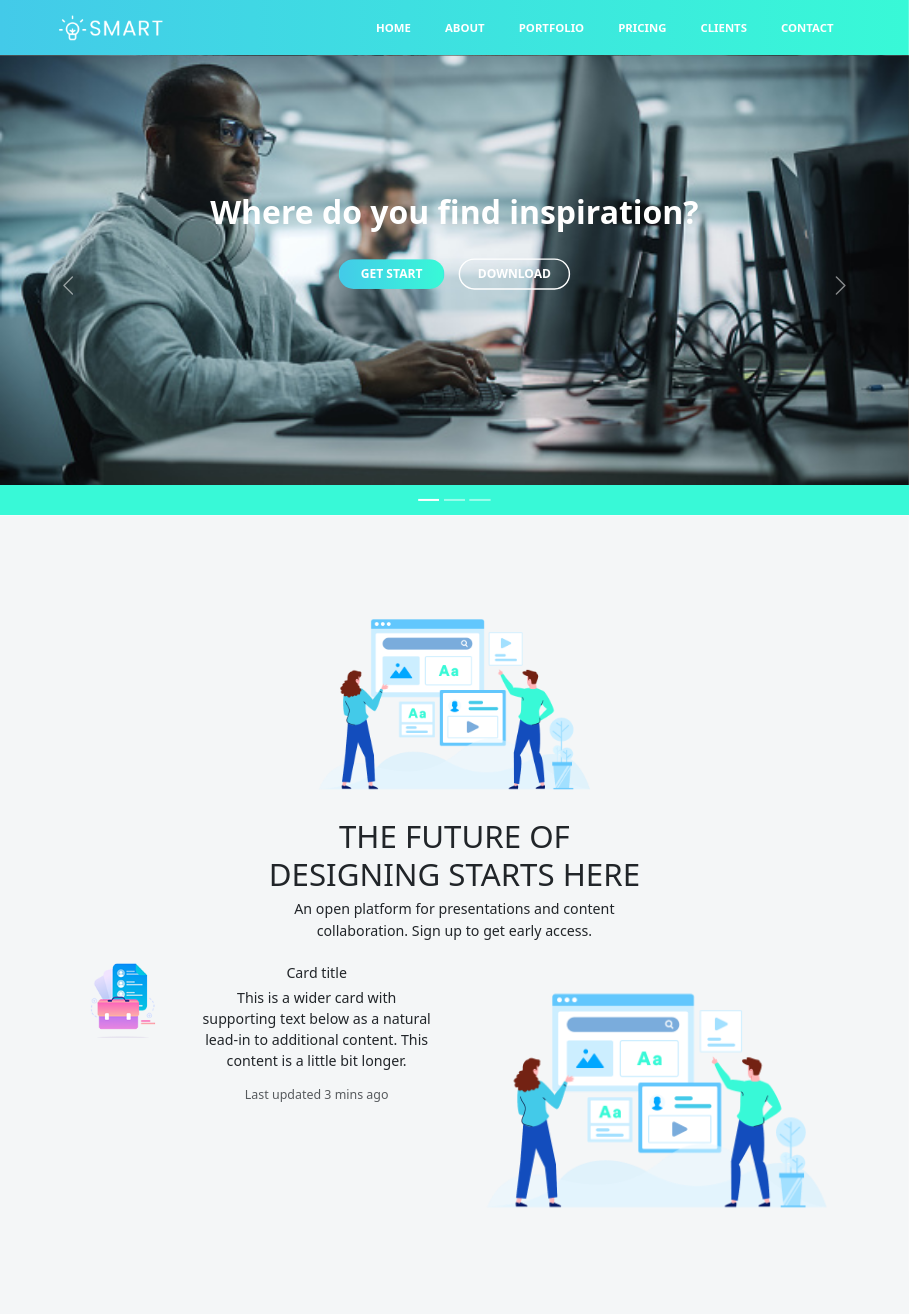
Repository: rizwan-zafar/smart-React
Page: /
The author's editor kept a copy of each file at every save. The page is drawn from the files as they stood at one save, then again after a run of saves.
The browser window is 1280 px wide. The pictures show the whole page, at 71% of full size.
The project was rebuilt for these pictures with package versions that can differ from the ones it lists, and the page was loaded fresh each time.

Above is the page before, as saved 2022-11-17 11:15:00.

### public/index.html
<!DOCTYPE html>
<html lang="en">
  <head>
    <meta charset="utf-8" />
    <link rel="icon" href="%PUBLIC_URL%/favicon.ico" />
    <meta name="viewport" content="width=device-width, initial-scale=1" />
    <meta name="theme-color" content="#000000" />
    <meta
      name="description"
      content="Web site created using create-react-app"
    />
    <link rel="apple-touch-icon" href="%PUBLIC_URL%/logo192.png" />
    <!--
      manifest.json provides metadata used when your web app is installed on a
      user's mobile device or desktop. See https://developers.google.com/web/fundamentals/web-app-manifest/
    -->
    <link rel="manifest" href="%PUBLIC_URL%/manifest.json" />
    <!--
      Notice the use of %PUBLIC_URL% in the tags above.
      It will be replaced with the URL of the `public` folder during the build.
      Only files inside the `public` folder can be referenced from the HTML.

      Unlike "/favicon.ico" or "favicon.ico", "%PUBLIC_URL%/favicon.ico" will
      work correctly both with client-side routing and a non-root public URL.
      Learn how to configure a non-root public URL by running `npm run build`.
    -->
    <title>React App</title>
  </head>
  <body>
    <noscript>You need to enable JavaScript to run this app.</noscript>
    <div id="root"></div>

   </body>
</html>

### src/index.js
import React from 'react';
import './index.css';
import "../node_modules/bootstrap/dist/css/bootstrap.min.css"
import "../node_modules/bootstrap/dist/js/bootstrap.min.js"
import "./Components/FontawsomeIcons"
import ReactDOM from 'react-dom/client';
import App from './App';
const root = ReactDOM.createRoot(document.getElementById('root'));
root.render(
  <React.StrictMode>
    <App />
  </React.StrictMode>
);

// If you want to start measuring performance in your app, pass a function
// to log results (for example: reportWebVitals(console.log))
// or send to an analytics endpoint. Learn more: https://bit.ly/CRA-vitals

### src/Components/FontawsomeIcons/index.js
import {library} from "@fortawesome/fontawesome-svg-core"
import {faUser,faBars,faPlus} from "@fortawesome/free-solid-svg-icons"
library.add(faUser,faBars,faPlus)

### src/App.js
 import HomePage from "./Pages/Home"
function App() {
  return (
    <div className="App">
        <HomePage />
    </div>
  );
}

export default App;

### src/Pages/Home.js
import React from 'react'
import Navbar from "../Components/Navbar"
import Slider from "../Components/Slider"
import Service from "../Components/Service";
export default function Home() {
    return (
        <div>
            <Navbar />
            <Slider />
            <Service />
        </div>
    )
}

### src/Components/Navbar.js
import React from 'react'
import "../Css/Navbar.css"

import { FontAwesomeIcon } from "@fortawesome/react-fontawesome"
export default function Navbar() {
    const [hamburgerIcon, setHamburgerIcon] = React.useState('bars')
    const [rotateIcon, setRotateIcon] = React.useState('')
    const handleHumBurger = (hamburgerIcon) => {
        if (hamburgerIcon === 'bars') {
            setRotateIcon('icon-rotate')
            setHamburgerIcon('plus')
        } else {
            setRotateIcon('anti-icon-rotate')
            setHamburgerIcon("bars")
        }
    }
     return (
        <div className="NavContainer">
            <nav className="navbar navbar-expand-lg navbar-dark">
                <div className="container">
                    <a className="navbar-brand" href="/">
                        <img className="img-fluid" src="Images/logo.png" alt="not found" />
                    </a>
                    <div className="navbar-toggler" type="button" data-bs-toggle="collapse"   onClick={() => { handleHumBurger(hamburgerIcon) }} data-bs-target="#navbarNav" aria-controls="navbarNav" aria-expanded="false" aria-label="Toggle navigation">
                        <FontAwesomeIcon  className={rotateIcon} icon={hamburgerIcon}  />
                    </div>
                    <div className="collapse navbar-collapse navSetting" id="navbarNav">
                        <ul className="navbar-nav ms-auto">
                            <li className="nav-item">
                                <a className="nav-link active" aria-current="page" href="/">Home</a>
                            </li>
                            <li className="nav-item">
                                <a className="nav-link" href="/">ABOUT</a>
                            </li>
                            <li className="nav-item">
                                <a className="nav-link" href="/">PORTFOLIO</a>
                            </li>

                            <li className="nav-item">
                                <a className="nav-link" href="/">PRICING</a>
                            </li>

                            <li className="nav-item">
                                <a className="nav-link" href="/">CLIENTS</a>
                            </li>

                            <li className="nav-item">
                                <a className="nav-link" href="/">CONTACT</a>
                            </li>

                        </ul>
                    </div>
                </div>
            </nav>
        </div>
    )
}

### src/Components/Slider.js
import React from 'react'
import "../Css/Slider.css"

export default function Slider() {
    return (
        <div className="sliderContainer">
            <div id="carouselExampleCaptions" className="carousel slide" data-bs-ride="false">

                <div className="carousel-indicators">
                    <button type="button" data-bs-target="#carouselExampleCaptions" data-bs-slide-to="0" className="active" aria-current="true" aria-label="Slide 1"></button>
                    <button type="button" data-bs-target="#carouselExampleCaptions" data-bs-slide-to="1" aria-label="Slide 2"></button>
                    <button type="button" data-bs-target="#carouselExampleCaptions" data-bs-slide-to="2" aria-label="Slide 3"></button>
                </div>

                <div className="carousel-inner">
                    <div className="carousel-item active bg-cover slide-image1">
                        <div className="carousel-caption">
                            <p> If not now, then when?</p>
                            <div>
                                <button className="btn btn1">Get Start</button>
                                <button className="btn btn2">Download</button>
                            </div>
                        </div>
                    </div>
                    <div className="carousel-item active bg-cover slide-image2">
                        <div className="carousel-caption">
                            <p>What does your joy look like today?</p>
                            <div>
                                <button className="btn btn1">Get Start</button>
                                <button className="btn btn2">Download</button>
                            </div>
                        </div>
                    </div>
                    <div className="carousel-item active bg-cover slide-image3">
                        <div className="carousel-caption">
                            <p>Where do you find inspiration?</p>
                            <div>
                                <button className="btn btn1">Get Start</button>
                                <button className="btn btn2">Download</button>
                            </div>
                        </div>
                    </div>
                </div>
                <button className="carousel-control-prev" type="button" data-bs-target="#carouselExampleCaptions" data-bs-slide="prev">
                    <span className="carousel-control-prev-icon" aria-hidden="true"></span>
                    <span className="visually-hidden">Previous</span>
                </button>
                <button className="carousel-control-next" type="button" data-bs-target="#carouselExampleCaptions" data-bs-slide="next">
                    <span className="carousel-control-next-icon" aria-hidden="true"></span>
                    <span className="visually-hidden">Next</span>
                </button>
            </div>
        </div>
    )
}

### src/Components/Service.js
import React from 'react'
import "../Css/Services.css"
export default function Service() {
    return (
        <div className="services">

            <div className="text-center">
                <img class="custom-image" src="/Images/services.png" alt="Services" />
                <div className='container custom-container'>
                    <h4>The future of designing starts here</h4>
                    <p>An open platform for presentations and content collaboration. Sign up to get early access.</p>
                </div>
            </div>
            {/* style={{max-width: 540px;}} */}
            <div className="container text-center">
                <div className="row">
                    <div className="col-xs-12 col-sm-12 col-md-6 col-lg-6 col-xl-6 ">
                        <div class="card mb-3" >
                            <div className="row g-0">
                                <div className="col-md-4">
                                    <img src="/Images/icon-1.png" className="img-fluid rounded-start" alt="..." />
                                </div>
                                <div className="col-md-8">
                                    <div className="card-body">
                                        <h5 className="card-title">Card title</h5>
                                        <p className="card-text">This is a wider card with supporting text below as a natural lead-in to additional content. This content is a little bit longer.</p>
                                        <p className="card-text"><small className="text-muted">Last updated 3 mins ago</small></p>
                                    </div>
                                </div>
                            </div>
                        </div>

                    </div>

                    <div className="col-xs-12 col-sm-12 col-md-6 col-lg-6 col-xl-6 ">
                        <img class="img-fluid" src="/Images/services.png" alt="Services" />

                    </div>

                </div>
            </div>

        </div>
    )
}

### src/Css/Navbar.css

.NavContainer  .navbar-toggler
{
    color:black;
    border:none;
}
.NavContainer .navbar-brand img{
    max-width: 150px;
}
.NavContainer .navbar-dark
{
    background: linear-gradient(to right,#43cae9, #38f9d7 100%)
}

.NavContainer .navbar-nav li{
   padding: 11px 16px;
 }
.NavContainer .navbar-nav li a{
color:#fff;
font-weight: 700;
text-transform: uppercase;
font-size: 16px;
}



@media (min-width: 1200px)
{
.NavContainer .container {
    max-width: 1140px;
}
}


@media (max-width: 991px)
 {
    .NavContainer .navSetting
    {
        position: absolute;
        top: 100%;
        left: 0;
        width: 100%;
        background: linear-gradient(to right,#43cae9, #38f9d7 100%);
        z-index: 8;
        padding: 10px 16px;
        -webkit-box-shadow: 0 3px 6px 0 rgb(0 0 0 / 16%);
        -moz-box-shadow: 0 3px 6px 0 rgba(0, 0, 0, 0.16);
        box-shadow: 0 3px 6px 0 rgb(0 0 0 / 16%);
    }
 }

 .NavContainer .icon-rotate {
   transform:rotate(90deg);
    transition: 0.5s;

  }
 .NavContainer .anti-icon-rotate {
   transform:rotate(-0deg);
    transition: 0.5s;

  }

### src/Css/Slider.css
.sliderContainer .carousel-inner .bg-cover{
     height: 90vh;
     background-size: cover;
     background-repeat: no-repeat;
     background-position: center center;
}
.sliderContainer .slide-image1{
    background-image: url("/public/Images/slider-1.jpg");
}
.sliderContainer .slide-image2{
    background-image: url("/public/Images/slider-2.jpg");
}
.sliderContainer .slide-image3{
    background-image: url("/public/Images/slider-3.jpg");
}

.sliderContainer .carousel-caption
{

    position: absolute;
    right: 15%;
    bottom: 1.25rem;
    left: 15%;
    padding-top: 1.25rem;
    padding-bottom: 1.25rem;
    color: #fff;
    text-align: center;
    font-size: 45px;
    font-weight: bold;
    top: 23vh;

}
.sliderContainer .btn1{

    margin: 10px;
    background: linear-gradient(to right,#43cae9, #38f9d7 100%);
    padding: 7px 30px 7px 30px;
    font-weight: bold;
    color: white;
    font-size: 17px;
    border-radius: 29px;
    text-transform: uppercase;

}

.sliderContainer .btn2{
    margin: 10px;
    background:  transparent;
    padding: 7px 25px 7px 25px;
    font-weight: bold;
    color: white;
    font-size: 17px;
    border-radius: 29px;
    border: 2px solid white;
    text-transform: uppercase;

}
.sliderContainer .carousel-indicators{
    margin-right: 0;
    margin-left: 0;
    margin-bottom: 0;
    background: #38f9d7;
    padding: 10px;
}
@media (max-width: 991px)
 {
    .sliderContainer .carousel-inner .bg-cover
    {
        height: 350px;
    }

   .sliderContainer .carousel-caption
   {
       font-size: 25px ;
       top: 11vh;
       font-weight: bolder;
   }

   .sliderContainer .btn
   {
    font-size: 15px;
    }
   .sliderContainer .btn
   {
    font-size: 15px;
    }

    .sliderContainer .carousel-indicators{
        margin-right: 0;
        margin-left: 0;
        margin-bottom: 0;
        background: transparent;

    }
 }

### src/Css/Services.css
.services{
    padding-top:100px;
    padding-bottom:100px;
    background-color: #f4f6f7;
}
.services h4{
    font-size: 44px;
    text-transform: uppercase;

}
.services p{
    font-size: 20px;
}
.services .custom-image
{
max-width: 34%;
height: auto;
}
.services .custom-container
{
    max-width: 600px;
}
.services .card{
    border: none;
    background-color: transparent;
}
@media (max-width: 991px)
 {
    .services .custom-image
    {
    max-width: 100%;
    height: auto;
    }
    .services h4{
        font-size: 25px;
       text-transform: uppercase;
    }
    .services p{
        font-size: 16px;
     }
 }

Loaded but not shown: src/index.css (common file)

After the next 2 saves:
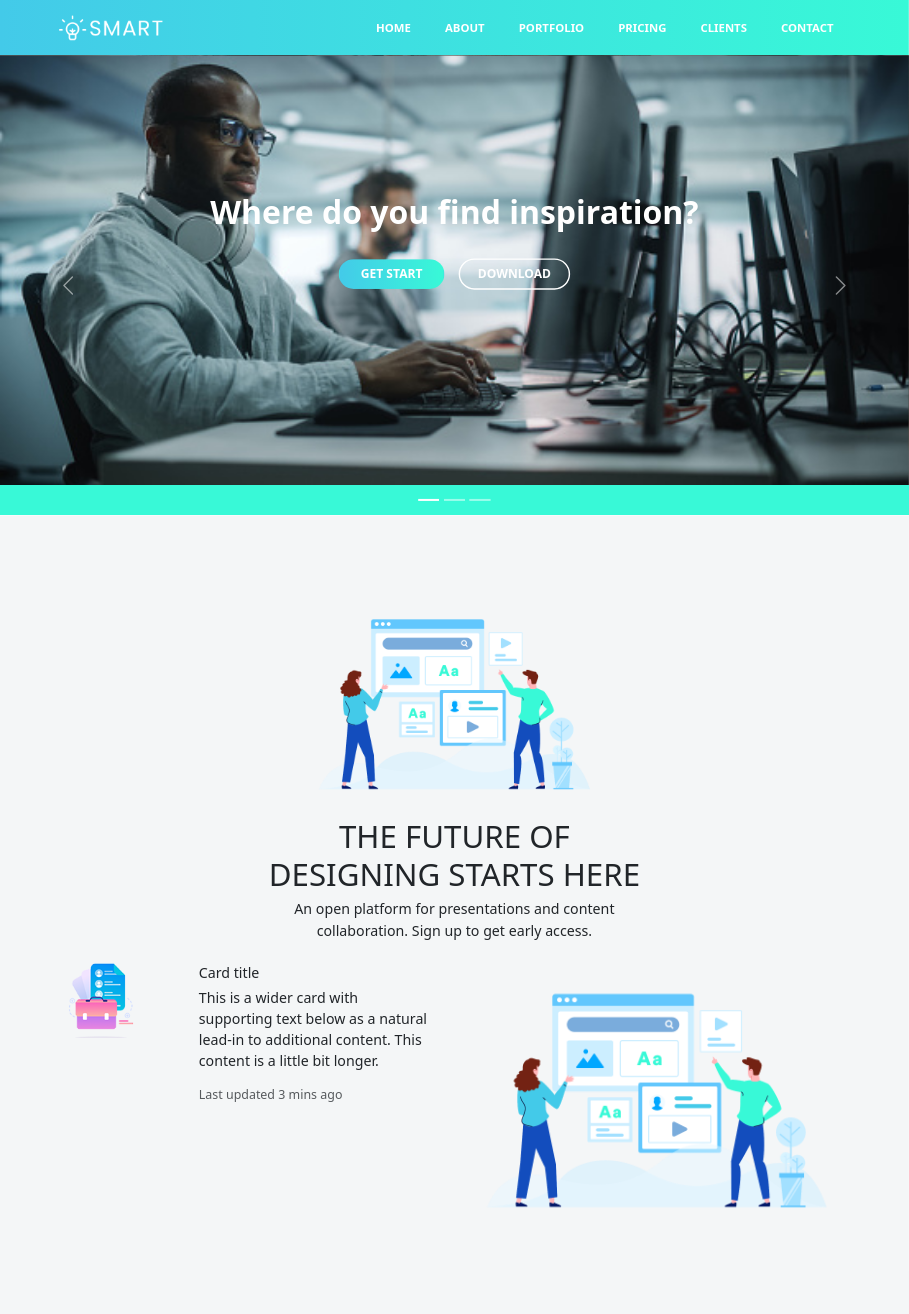
The 2 saves are shown as one change because they came seconds apart.
The last was saved 15 s later.
--- a/src/Css/Services.css
+++ b/src/Css/Services.css
@@ -23,6 +23,7 @@
 .services .card{
     border: none;
     background-color: transparent;
+    text-align: left;
 }
 @media (max-width: 991px)
  {

After the save that followed:
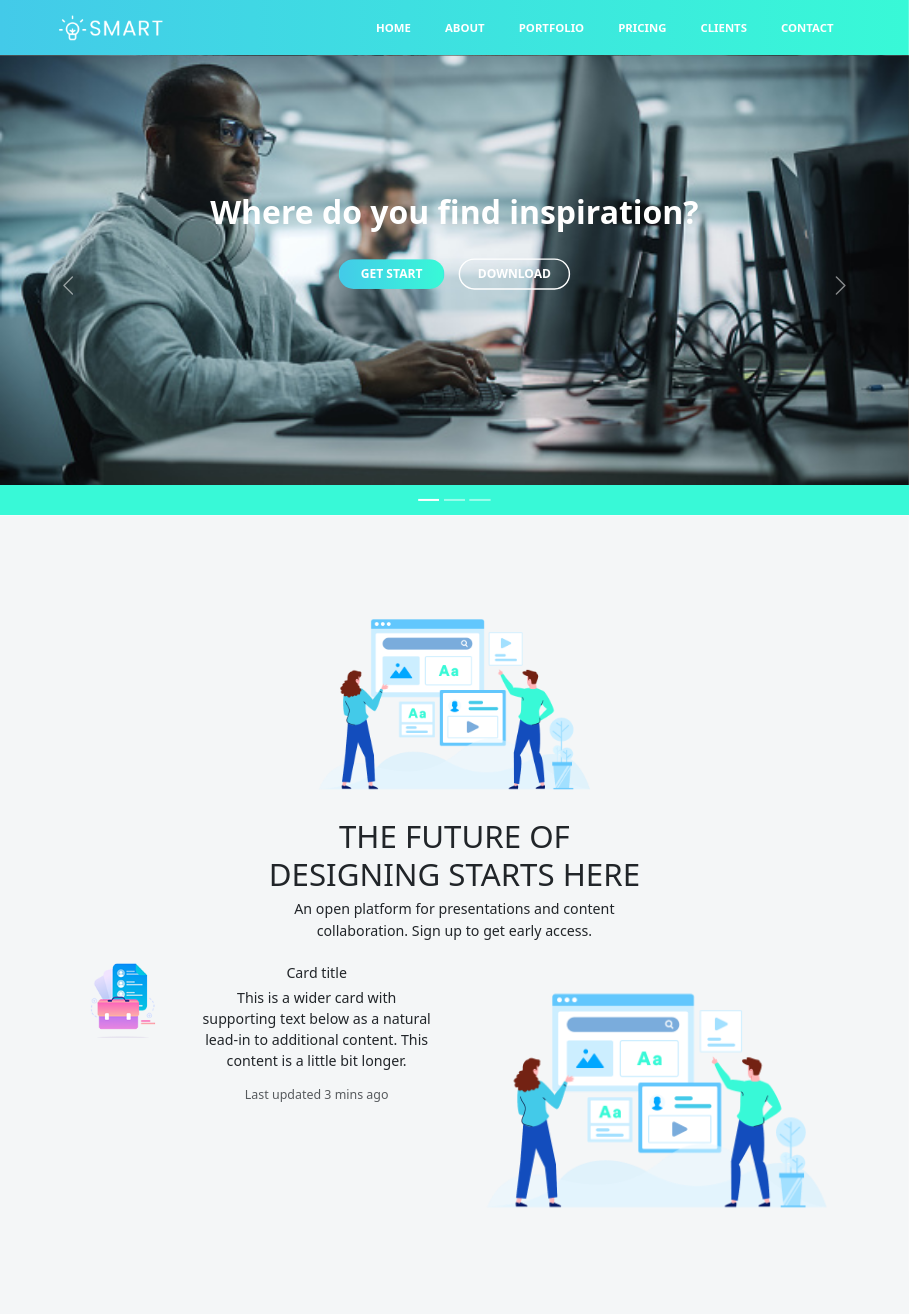
Saved 9 s later.
--- a/src/Css/Services.css
+++ b/src/Css/Services.css
@@ -23,7 +23,7 @@
 .services .card{
     border: none;
     background-color: transparent;
-    text-align: left;
+
 }
 @media (max-width: 991px)
  {
